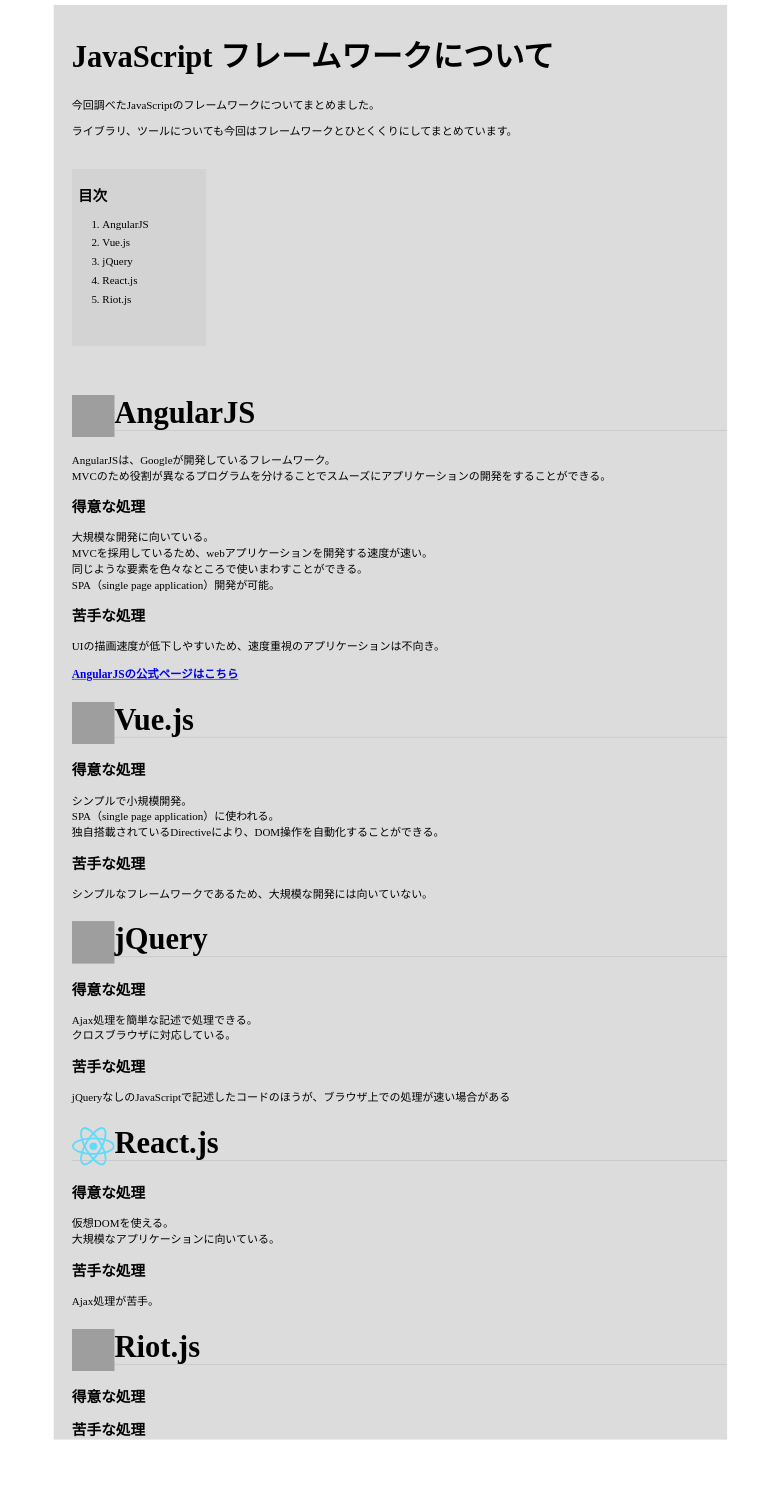
Repository: daichi-python/samurai_HTML_CSS
Page: Framework/index.html
The author's editor kept a record of every edit. The page is drawn from the files as they stood at one moment, then again after the next edit.
The browser window is 1280 px wide. The pictures show the whole page, at 61% of full size.
Pictures or frames that could not be fetched are drawn as grey boxes.

Above is the page before.

After the next edit:
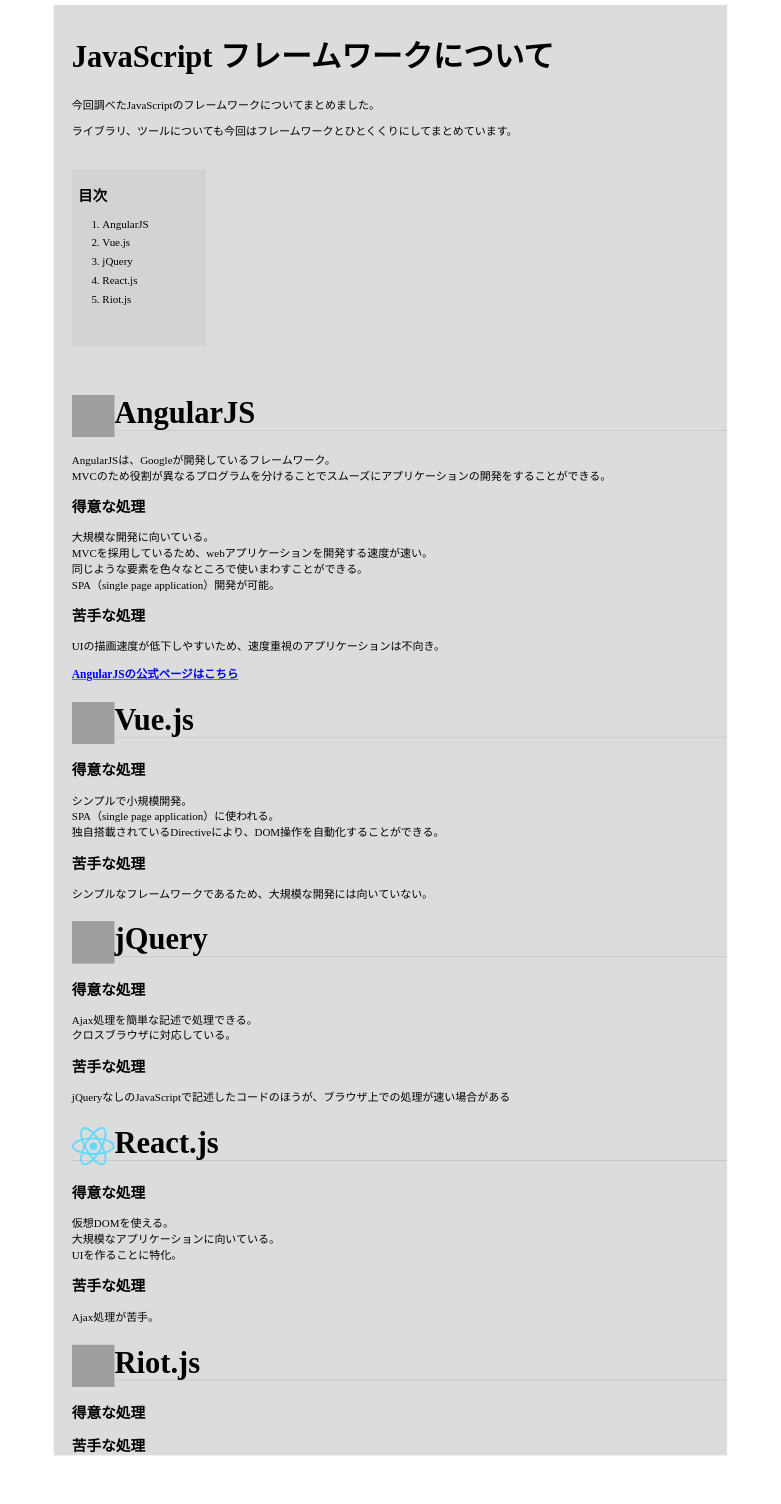
The edit:
--- a/Framework/index.html
+++ b/Framework/index.html
@@ -81,7 +81,8 @@
                     <h2>得意な処理</h2>
                     <P>
                         仮想DOMを使える。<br>
-                        大規模なアプリケーションに向いている。
+                        大規模なアプリケーションに向いている。<br>
+                        UIを作ることに特化。
                     </P>
                     <h2>苦手な処理</h2>
                     <p>
